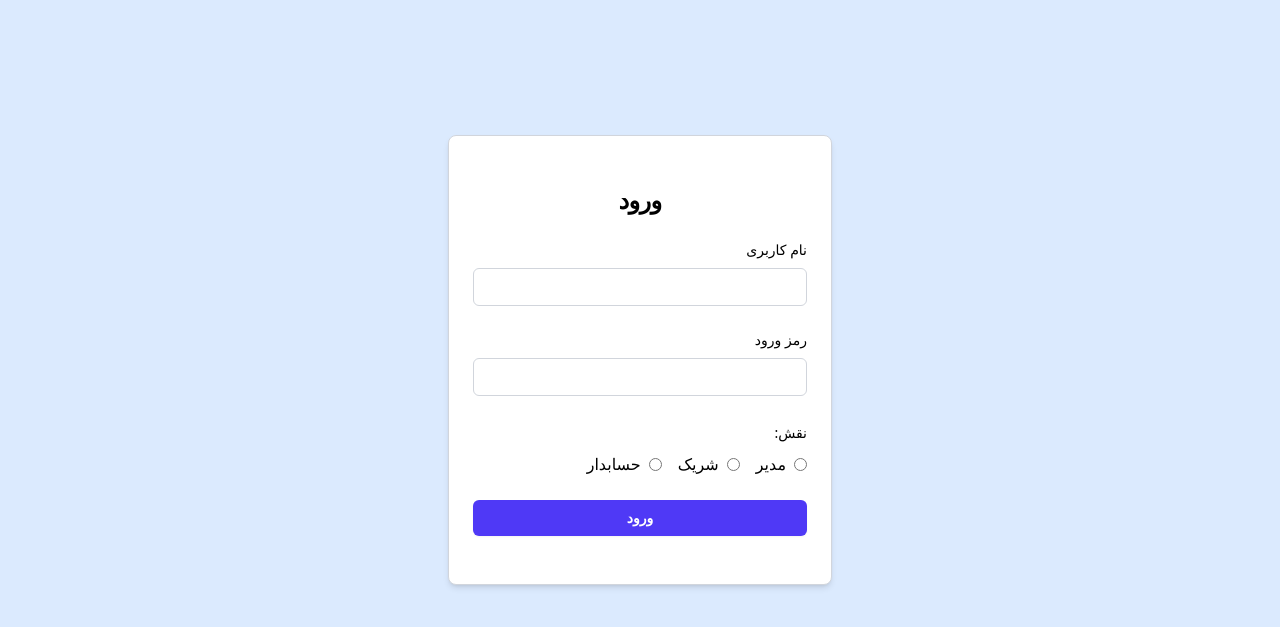
Repository: fuad303/karokhy-frontend
Page: /login
These files come from the project's save history. The page is drawn as it stood at one moment and after the next save; the edit follows.
The browser window is 1280 px wide. The pictures show the whole page.
The project was rebuilt for these pictures with package versions that can differ from the ones it lists, and the page was loaded fresh each time. Also part of the build but not shown: vite.config.ts, src/layouts/MainLayout.tsx, src/pages/Home.tsx.

Above is the page before, as saved 2025-12-08 15:57:42.

After the next save:
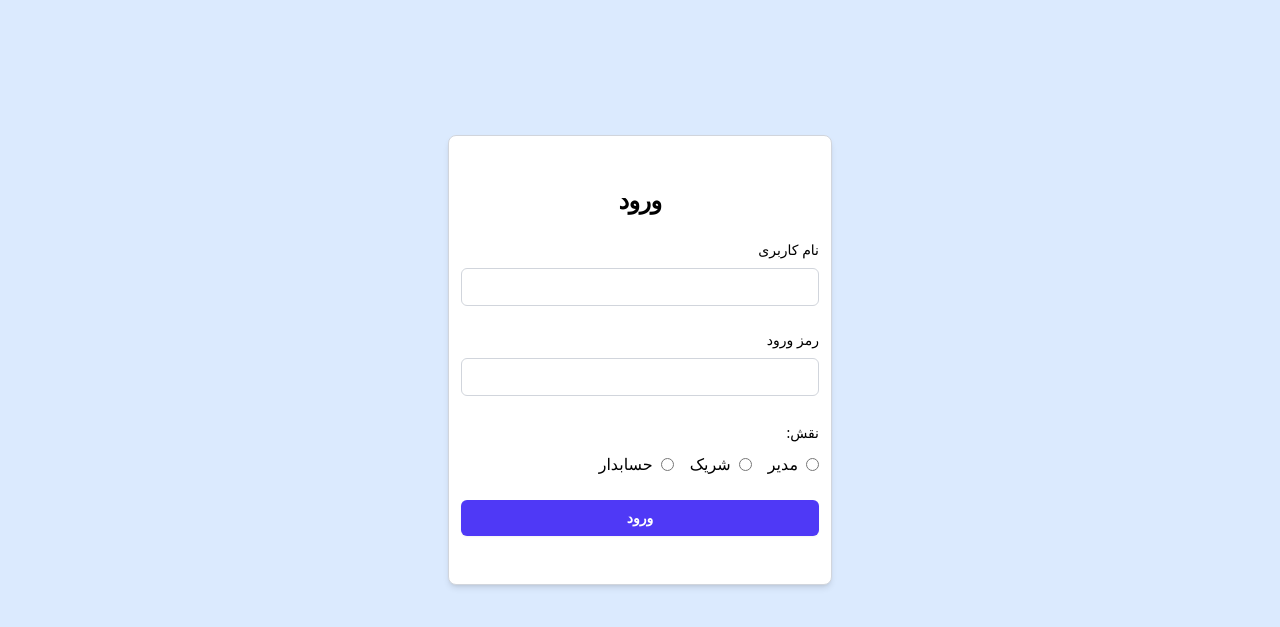
Saved 99 min 25 s later.
--- a/src/components/LoginPage.tsx
+++ b/src/components/LoginPage.tsx
@@ -19,7 +19,7 @@
     >
       <div className="absolute inset-0 bg-blue-100 bg-opacity-70 backdrop-blur-md"></div>
 
-      <div className="relative flex flex-col justify-center px-6 py-12 sm:w-full sm:max-w-sm bg-white border border-gray-300 rounded-lg shadow-md">
+      <div className="relative flex flex-col justify-center px-3 py-12 sm:w-full sm:max-w-sm bg-white border border-gray-300 rounded-lg shadow-md">
         <h2 className="mt-0 text-center text-2xl font-bold tracking-tight text-black">
           ورود
         </h2>

After the save that followed:
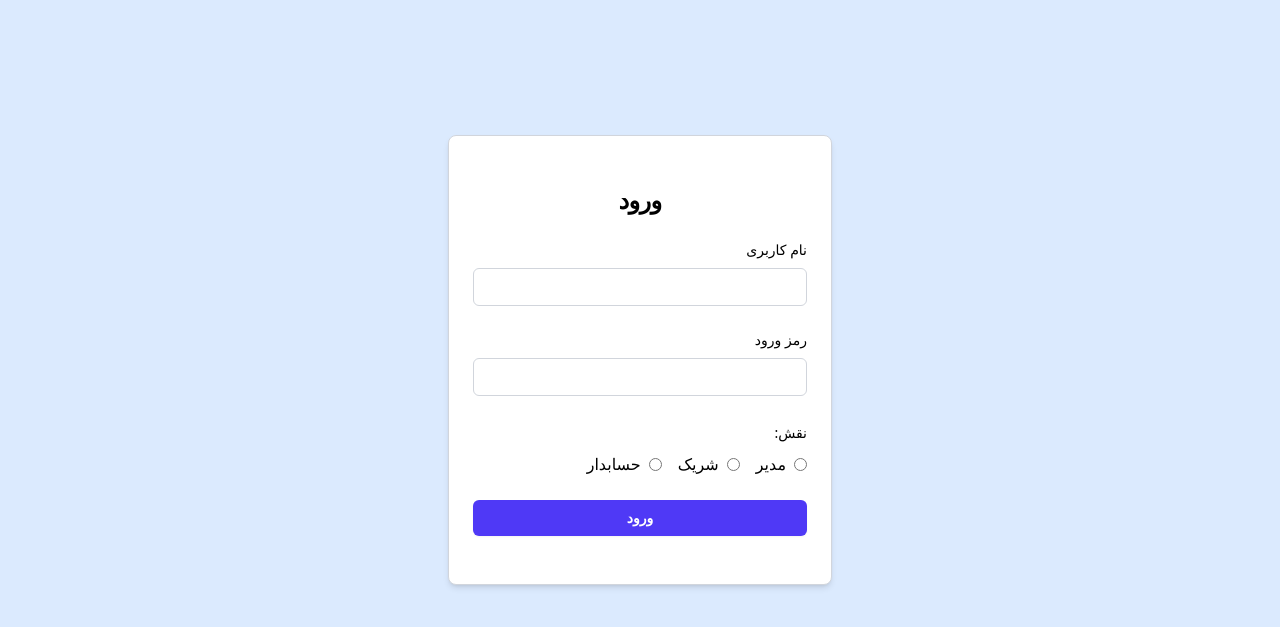
Saved 6 s later.
--- a/src/components/LoginPage.tsx
+++ b/src/components/LoginPage.tsx
@@ -19,7 +19,7 @@
     >
       <div className="absolute inset-0 bg-blue-100 bg-opacity-70 backdrop-blur-md"></div>
 
-      <div className="relative flex flex-col justify-center px-3 py-12 sm:w-full sm:max-w-sm bg-white border border-gray-300 rounded-lg shadow-md">
+      <div className="relative flex flex-col justify-center px-6 py-12 sm:w-full sm:max-w-sm bg-white border border-gray-300 rounded-lg shadow-md">
         <h2 className="mt-0 text-center text-2xl font-bold tracking-tight text-black">
           ورود
         </h2>
